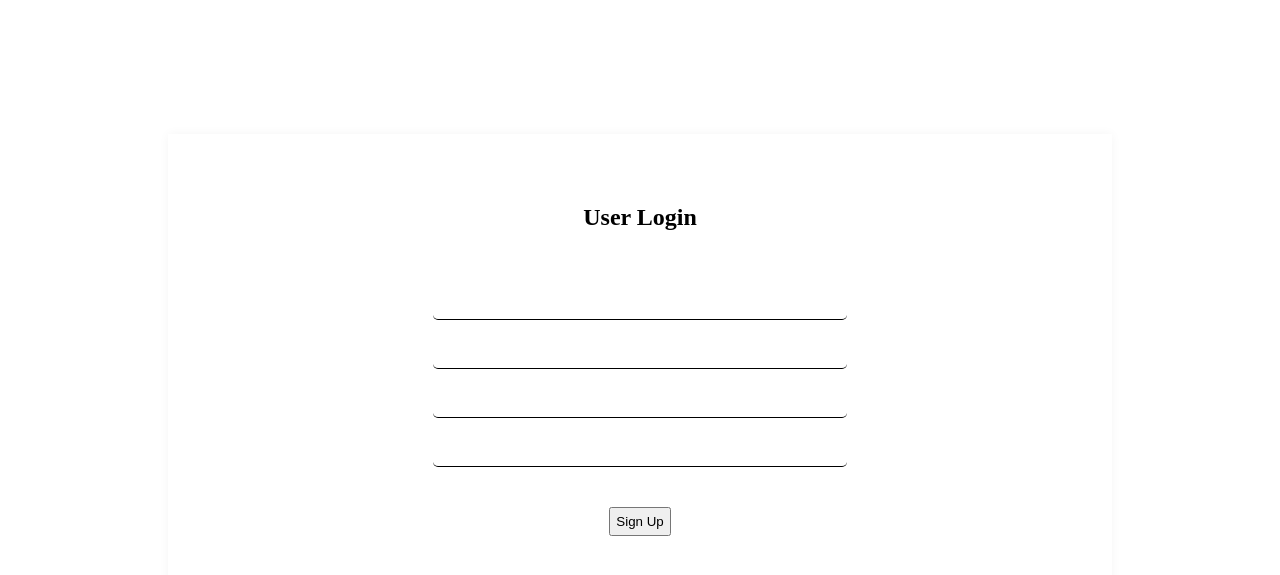
Repository: devSkhandelwal/job-search
Page: /login
These files come from the project's save history. The page is drawn as it stood at one moment and after the next save; the edit follows.
The browser window is 1280 px wide. The pictures show the whole page.
The project was rebuilt for these pictures with package versions that can differ from the ones it lists, and the page was loaded fresh each time. Also part of the build but not shown: src/actions/jobAction.js, src/components/FormElement/ApplyForm.js, src/containers/JobDetailsContainer.js, src/containers/JobFilterContainer.js, src/components/JobItem.js, src/components/JobList.js, src/containers/JobListContainer.js.

Above is the page before, as saved 2021-05-04 09:33:08.

### src/index.js
import React from 'react';
import ReactDOM from 'react-dom';
import './index.css';
import App from './App';
import {Provider} from 'react-redux'
import store from './store';

ReactDOM.render(
    <Provider store={store}>
      <App />
    </Provider>,
  document.getElementById('root')
);

### src/index.css
*{
  margin: 0;
  padding: 0;
  box-sizing: border-box;
}

.container{
  width: 100%;
  padding: 0 50px;
  display: flex;
  flex-direction: column;
  align-items: center;
  justify-content: center;
}

### src/App.js
import {BrowserRouter as Router, Route, Switch} from 'react-router-dom';
import JobDetailsContainer from './containers/JobDetailsContainer';
import JobFilterContainer from './containers/JobFilterContainer';
import JobListContainer from './containers/JobListContainer';
import LoginContainer from './containers/LoginContainer';

function App() {
  return (
    <Router>
      <Switch>
        <Route path="/login" component = {LoginContainer}/>
        <Route path="/job/filter" component={JobFilterContainer}/>
        <Route path="/jobs" component={JobListContainer} />
        <Route path="/job/details/:jobId" component={JobDetailsContainer}/>
      </Switch>
    </Router>
  );
}

export default App;

### src/store.js
import {combineReducers,createStore,applyMiddleware} from 'redux';
import thunk from 'redux-thunk';
import {composeWithDevTools} from 'redux-devtools-extension'
import { userLoginReducer } from './reducers/userReducer';
import { jobDetailsReducer, jobListReducer } from './reducers/jobReducers';


const reducers = combineReducers({
    login:userLoginReducer,
    jobList:jobListReducer,
    jobDetails:jobDetailsReducer
});

const userFromStorage = localStorage.getItem('userInfo') ? JSON.parse(localStorage.getItem('userInfo')) :null

const initialState = {
    login:{userInfo:userFromStorage}
}


const middleware = [thunk]


const store = createStore(
    reducers,
    initialState,
    composeWithDevTools(applyMiddleware(...middleware))
)

export default store;

### src/containers/LoginContainer.js
import React, { useState,useEffect } from 'react';
import {useDispatch,useSelector} from 'react-redux'
import {useHistory} from 'react-router-dom'

import { userLoginAction } from '../actions/userActions';
import Card from '../components/Card/Card';
import './LoginContainer.css'
import Button from '../components/FormElement/Button'
import Input from '../components/FormElement/Input'

const LoginContainer = () => {

    const [name,setName] = useState('');
    const [email,setEmail] = useState('');
    const [password,setPassword] = useState('');
    const [confirmPassword,setConfirmPassword] = useState('');
    const [message,setMessage] = useState('')



    const history = useHistory();
    const dispatch = useDispatch();
    const user = useSelector(state=>state.login);

    const {userInfo,loading,error} = user;
    console.log(user)


    useEffect(()=>{
        if(userInfo){
            history.push('/')
        }
    },[userInfo,history])

    const submitHandler = (e) => {
        e.preventDefault();
        if(name === '' || email ==='' || password === '' || confirmPassword === '' ){
            setMessage('Required all fields')
        }

        if(password === confirmPassword){
            setMessage('Password does not match')
        }

        dispatch(userLoginAction(name,email))



    }

    return (
        <div className="container login__container">
            <Card>
                <h2>User Login </h2>
                <form onSubmit={submitHandler} className="form">
                    <Input
                        element="input"
                        id="name"
                        name="Name"
                        type="text"
                        value={name}
                        onChange={(e)=>setName(e.target.value)}
                    />
                    <Input
                        element="input"
                        id="email"
                        name="Email"
                        type="email"
                        value={email}
                        onChange={(e)=>setEmail(e.target.value)}
                    />
                    <Input
                        element="input"
                        id="password"
                        name="Password"
                        type="password"
                        value={password}
                        onChange={(e)=>setPassword(e.target.value)}
                    />
                    <Input
                        element="input"
                        id="confirmPassword"
                        name="Confirm Password"
                        type="password"
                        value={confirmPassword}
                        onChange={(e)=>setConfirmPassword(e.target.value)}
                    />
                    <Button>
                        Sign Up
                    </Button>
                </form>
            </Card>
        </div>
    )
}

export default LoginContainer

### src/reducers/userReducer.js
import { USER_LOGIN_FAIL, USER_LOGIN_REQUEST, USER_LOGIN_SUCCESS } from "../constants/userConstants";

export const userLoginReducer = (state={},action) => {
    switch(action.type){
        case USER_LOGIN_REQUEST:
            return {
                loading:true
            }
        case USER_LOGIN_SUCCESS:
            return{
                loading:false,
                userInfo:action.payload
            }
        case USER_LOGIN_FAIL:
            return{
                loading:false,
                error:action.payload
            }
        default:
            return state
    }
}

### src/reducers/jobReducers.js
import { JOB_DETAILS_FAIL, JOB_DETAILS_REQUEST, JOB_DETAILS_SUCCESS, JOB_LIST_FAIL, JOB_LIST_REQUEST, JOB_LIST_SUCCESS } from "../constants/jobsConstants";

export const jobListReducer = (state={jobs:[]},action) => {
    switch(action.type){
        case JOB_LIST_REQUEST:
            return {loading:true,jobs:[]};
        case JOB_LIST_SUCCESS:
            return {
                loading:false,
                jobs:action.payload
            }
        case JOB_LIST_FAIL:
            return {
                loading:false,
                error:action.payload
            }
        default:
            return state
    };
};



export const jobDetailsReducer = (state={job:{}},action) => {
    switch(action.type){
        case JOB_DETAILS_REQUEST:
            return {loading:true};
        case JOB_DETAILS_SUCCESS:
            return {
                loading:false,
                job:action.payload
            }
        case JOB_DETAILS_FAIL:
            return {
                loading:false,
                error:action.payload
            }
        default:
            return state
    };
};

### src/components/FormElement/Button.js
import React from 'react';
import './Button.css'

const Button = ({type,varient,children}) => {
    return (
        <>
            <button type={type} className={`button ${varient}`}>
                {children}
            </button>
        </>
    )
}

export default Button

### src/components/FormElement/Input.js
import React from 'react';

import './Input.css'

const Input = ({element,onChange,value,type,name,id}) => {

    const inputElement = element === 'input' ? (
        <input
            id={id}
            name={name}
            type={type}
            value={value}
            onChange={onChange}
        />
    ):null

    return (
        <div className="form-group">
            {inputElement}
        </div>
    )
}

export default Input

### src/actions/userActions.js
import {v4 as uuidV4} from 'uuid';

import { USER_LOGIN_FAIL, USER_LOGIN_REQUEST, USER_LOGIN_SUCCESS } from "../constants/userConstants"

export const userLoginAction = (name,email) => async(dispatch) => {
    try{
        dispatch({
            type:USER_LOGIN_REQUEST
        });

        const user= {
            id:uuidV4(),
            name,
            email
        }

        dispatch({
            type:USER_LOGIN_SUCCESS,
            payload:user
        });

        localStorage.setItem('userInfo',JSON.stringify(user))

    }catch(err){
        dispatch({
            type:USER_LOGIN_FAIL,
            payload:err
        })
    }

}

### src/components/Card/Card.js
import React from 'react';

import './Card.css'

const Card = ({children}) => {
    return (
        <div className="card">
            {children}
        </div>
    )
}

export default Card

### src/containers/LoginContainer.css
.form{
    display: flex;
    flex-direction: column;
    align-items: center;
    width: 100%;
}

.login__container{
    height: 100vh;
}

.login__container h2{
    text-align: center;
    margin: 50px 0;
}

### src/constants/userConstants.js

export const USER_LOGIN_REQUEST = 'USER_LOGIN_REQUEST'
export const USER_LOGIN_SUCCESS = 'USER_LOGIN_SUCCESS';
export const USER_LOGIN_FAIL = 'USER_LOGIN_FAIL';

### src/constants/jobsConstants.js
export const JOB_LIST_REQUEST = "JOB_LIST_REQUEST";
export const JOB_LIST_SUCCESS = "JOB_LIST_SUCCESS";
export const JOB_LIST_FAIL = "JOB_LIST_FAIL";



export const JOB_DETAILS_REQUEST = "JOB_DETAILS_REQUEST";
export const JOB_DETAILS_SUCCESS = "JOB_DETAILS_SUCCESS";
export const JOB_DETAILS_FAIL = "JOB_DETAILS_FAIL";

### src/components/FormElement/Button.css
.button{
    padding: 5px;
    margin: 30px;
}

.full{
    background-color: #4158D0;
    background-image: linear-gradient(43deg, #4158D0 0%, #C850C0 46%, #FFCC70 100%);
    ;
}

### src/components/FormElement/Input.css
.form-group{
    width: 70%;
    margin:10px 0;
    display: flex;
    justify-content: center;
}

.form-group input{
    border: none;
    outline: none;
    border-bottom:1px black solid ;
    padding:5px 10px;
    font-size: 16px;
    width: inherit;
    border-radius:5px;

}

### src/components/Card/Card.css
.card{
    width: 80%;
    box-shadow: 0px 0px 10px whitesmoke;
    padding: 20px 50px;

}

.card:hover{
    box-shadow: 0px 0px 30px whitesmoke;
}

Loaded but not shown: public/index.html (common file)

After the next save:
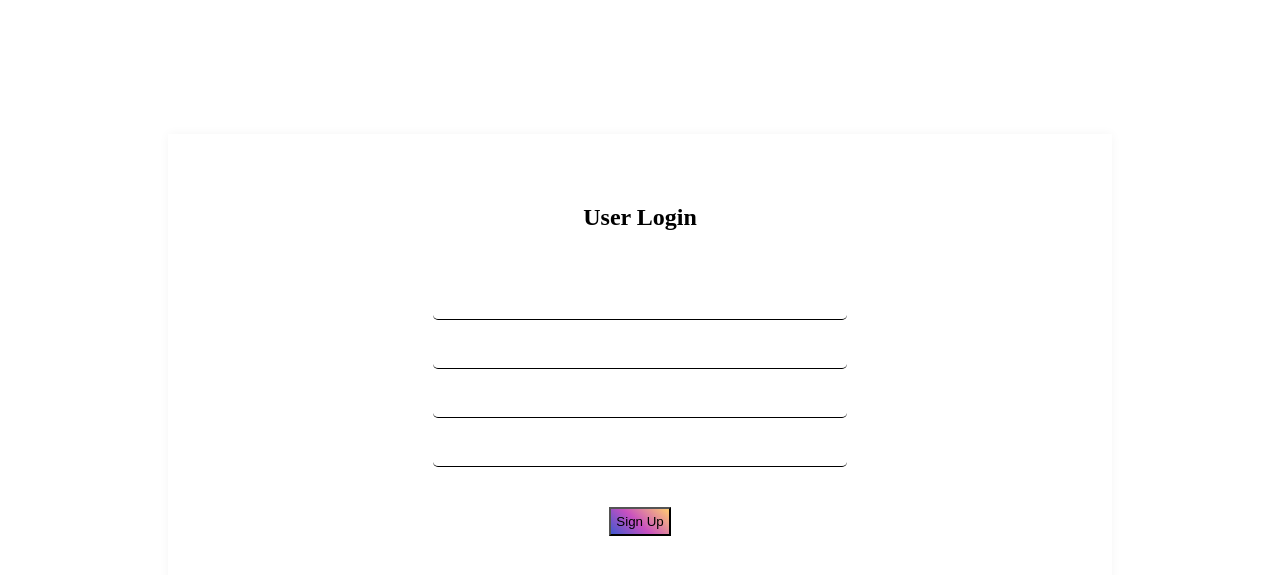
Saved 64 s later.
--- a/src/containers/LoginContainer.js
+++ b/src/containers/LoginContainer.js
@@ -85,7 +85,7 @@ const LoginContainer = () => {
                         value={confirmPassword}
                         onChange={(e)=>setConfirmPassword(e.target.value)}
                     />
-                    <Button>
+                    <Button type="submit" varient="full">
                         Sign Up
                     </Button>
                 </form>
